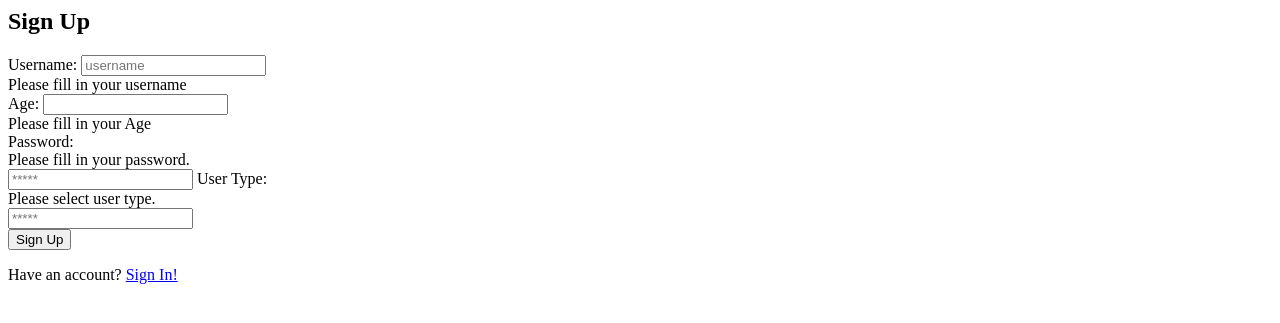
Repository: MikeMoore55/TheLibrary
Page: http://localhost/src/public/pages/sign-up.page.php
An editor plug-in stored every save of this project. The page is shown before and after the next save, followed by the edit.
The browser window is 1280 px wide. The pictures show the whole page.
The page is run by PHP 8.4 with error messages shown; the project is at /var/www/html/.

Above is the page before, as saved 2022-07-07 08:57:10.

### src/public/pages/sign-up.page.php
<!-- this is the page for when new users want to create a account for TheLibrary -->

<main>
    <form class="sign-up-form form-control" action="home" method="POST">
        <h2>Sign Up</h2>
        <label for="exampleFormControlInput1" class="form-label">
            Username:
        </label>
        <input type="text" class="form-control" id="exampleFormControlInput1" name="username" placeholder="username">
        <div class="invalid-feedback">
            Please fill in your username
        </div>
        <label for="exampleFormControlInput1" class="form-label">
            Age:
        </label>
        <input type="age" class="form-control" id="exampleFormControlInput1" name="age">
        <div class="invalid-feedback">
            Please fill in your Age
        </div>
        <label for="exampleFormControlInput2" class="form-label">
            Password:
        </label>
        <div class="invalid-feedback">
            Please fill in your password.
        </div>
        <input type="password" class="form-control" id="exampleFormControlInput2" placeholder="*****" name="password">
        <label for="exampleFormControlInput2" class="form-label">
            User Type:
        </label>
        <div class="invalid-feedback">
            Please select user type.
        </div>
        <input type="password" class="form-control" id="exampleFormControlInput2" placeholder="*****" name="password">

        <br>
        <input type="submit" class="btn btn-primary mb-3 btn-override" name="signUp" value="Sign Up">
        <p>Have an account? <a href="signIn">Sign In!</a></p>

    </form>
</main>

After the next save:
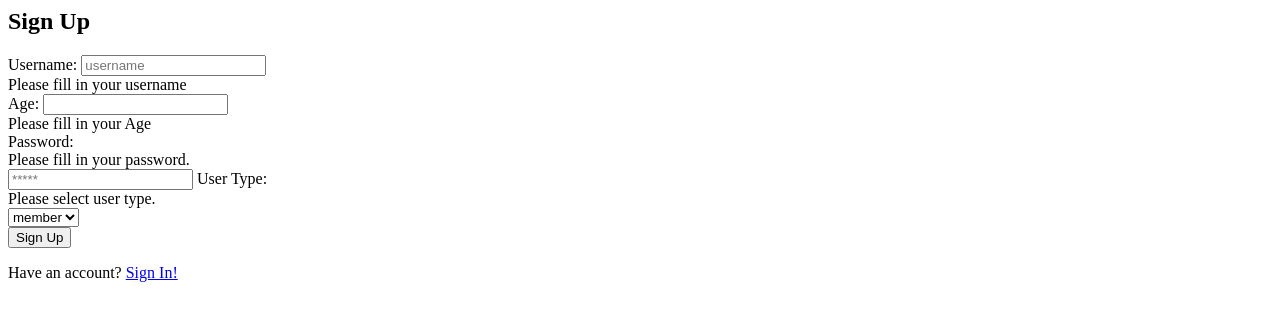
Saved 54 s later.
--- a/src/public/pages/sign-up.page.php
+++ b/src/public/pages/sign-up.page.php
@@ -30,7 +30,10 @@
         <div class="invalid-feedback">
             Please select user type.
         </div>
-        <input type="password" class="form-control" id="exampleFormControlInput2" placeholder="*****" name="password">
+        <select type="password" class="form-control" id="exampleFormControlInput2" placeholder="*****" name="userType">
+            <option>member</option>
+            <option>librarian</option>
+        </select>
 
         <br>
         <input type="submit" class="btn btn-primary mb-3 btn-override" name="signUp" value="Sign Up">
